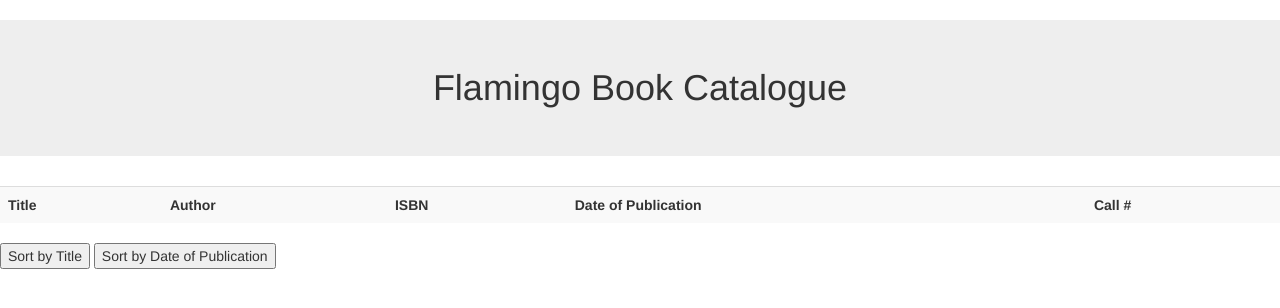
Repository: avega15/Library-Database
Page: http://localhost/main
These files come from the project's save history. The page is drawn as it stood at one moment and after the next save; the edit follows.
The browser window is 1280 px wide. The pictures show the whole page.
The page is this project's Thymeleaf template; nobody is signed in. The template is opened directly, without the code that normally fills it, so the values that code supplies are empty.

Above is the page before, as saved 2021-04-22 01:22:49.

### demo/src/main/resources/templates/main.html
<!DOCTYPE HTML>
<html xmlns:th="http://www.thymeleaf.org">
<head>
<title>Flamingo Palooza</title>
<meta http-equiv="Content-Type" content="text/html; charset=UTF-8" />
<link rel="stylesheet"
	href="https://maxcdn.bootstrapcdn.com/bootstrap/3.4.1/css/bootstrap.min.css">
<script
	src="https://ajax.googleapis.com/ajax/libs/jquery/3.5.1/jquery.min.js"></script>
<script
	src="https://maxcdn.bootstrapcdn.com/bootstrap/3.4.1/js/bootstrap.min.js"></script>
</head>
<body>
	<h1 class="jumbotron" style="text-align: center">Flamingo Book Catalogue</h1>
	<table class="table table-striped">
		<tr>
			<th scope="col" onclick="window.location.href='titleSort';">Title</th>
			<th scope="col">Author</th>
			<th scope="col">ISBN</th>
			<th scope="col" onclick="window.location.href='dateSort';">Date of
				Publication</th>
			<th scope="col">Call #</th>
		</tr>
		<tr th:each="bib, bibStat: ${bibs}">
			<td th:text="${bibStat.count + '. ' + bib.getTitle()}"></td>
			<td th:text="${bib.getAuthor()}"></td>
			<td th:text="${bib.getIsbn()}"></td>
			<td th:text="${bib.getDate_of_publication()}"></td>
			<td th:text="${bib.getCall_number()}"></td>
		</tr>
	</table>
	<button onclick="window.location.href='titleSort'">Sort by
		Title</button>
	<button onclick="window.location.href='dateSort'">Sort by Date
		of Publication</button>
</body>
</html>

After the next save:
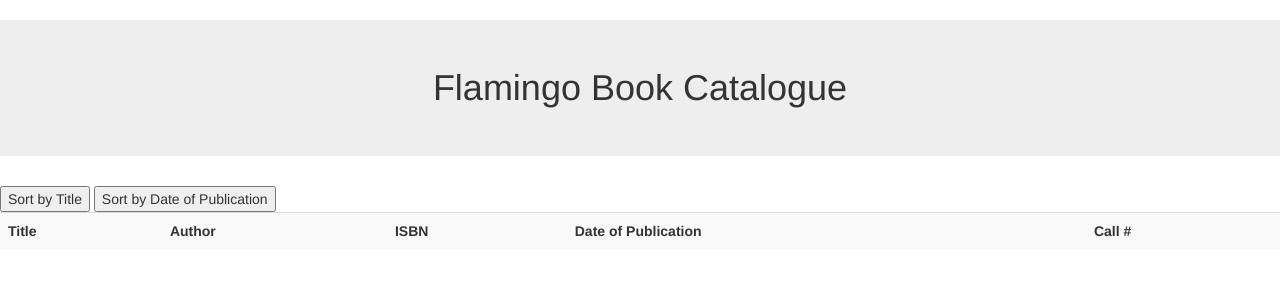
Saved 69 s later.
--- a/demo/src/main/resources/templates/main.html
+++ b/demo/src/main/resources/templates/main.html
@@ -12,6 +12,11 @@
 </head>
 <body>
 	<h1 class="jumbotron" style="text-align: center">Flamingo Book Catalogue</h1>
+		<button onclick="window.location.href='titleSort'">Sort by
+		Title</button>
+	<button onclick="window.location.href='dateSort'">Sort by Date
+		of Publication</button>
+
 	<table class="table table-striped">
 		<tr>
 			<th scope="col" onclick="window.location.href='titleSort';">Title</th>
@@ -29,9 +34,5 @@
 			<td th:text="${bib.getCall_number()}"></td>
 		</tr>
 	</table>
-	<button onclick="window.location.href='titleSort'">Sort by
-		Title</button>
-	<button onclick="window.location.href='dateSort'">Sort by Date
-		of Publication</button>
 </body>
 </html>
